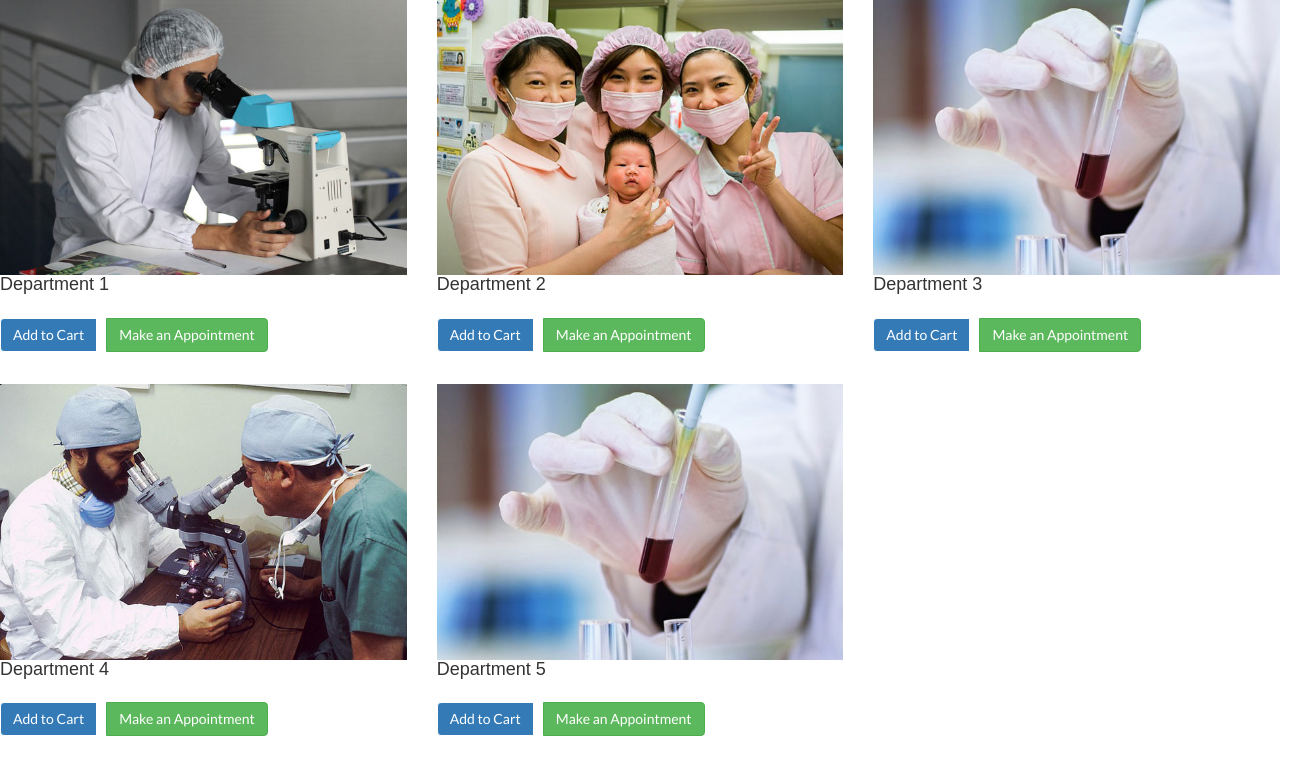
Repository: 72-faisal/work_to_do
Page: http://localhost/Khajina_Doctor/Department-home.jsp
These files come from the project's save history. The page is drawn as it stood at one moment and after the next save; the edit follows.
The browser window is 1280 px wide. The page is 1295 px wide, so the pictures cover 1295 px, including what lies to the right of the window. The pictures show the whole page.
Some web fonts or font styles are not loaded; a fallback is used. The page is served by Tomcat 9.

Above is the page before, as saved 2023-04-15 19:51:45.

After the next save:
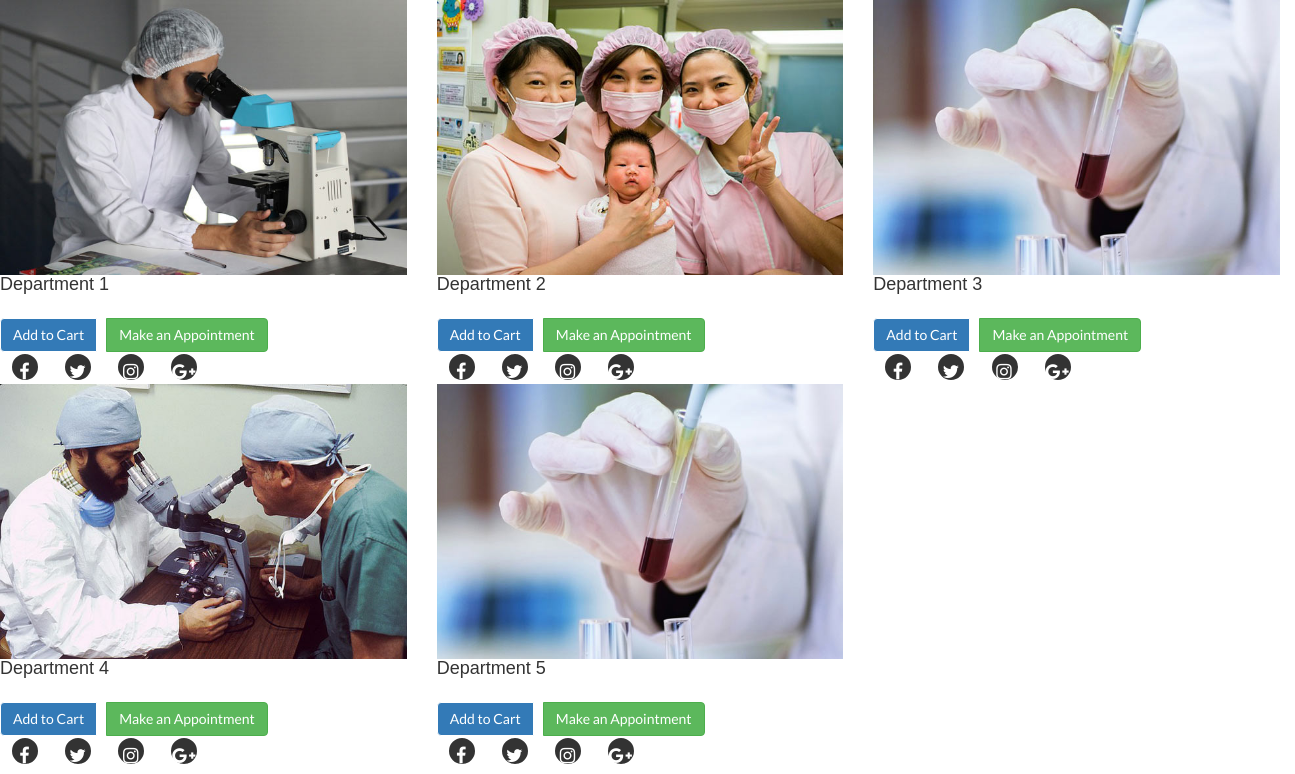
Saved 117 s later.
--- a/Khajina_Doctor/Khajina_Doctor/src/main/webapp/Department-home.jsp
+++ b/Khajina_Doctor/Khajina_Doctor/src/main/webapp/Department-home.jsp
@@ -32,6 +32,38 @@ Smartphone Compatible web template, free web designs for Nokia, Samsung, LG, Son
 .btn-primary:hover {
   filter: brightness(70%);
 }
+.social_agileinfo li a {
+  display: block;
+  width: 30px;
+  height: 30px;
+  line-height: 30px;
+  text-align: center;
+  color: #fff;
+  background: #333;
+  border-radius: 50%;
+  margin: 0 10px;
+}
+
+.social_agileinfo li a i {
+  font-size: 18px;
+}
+
+.social_agileinfo li a:hover {
+  background: #555;
+}
+
+.social_agileinfo li a:hover i {
+  color: #fff;
+}
+
+.social_agileinfo li a:focus {
+  outline: none;
+}
+
+.social_agileinfo li a:focus i {
+  color: #fff;
+}
+
 
 </style>
 </head>
